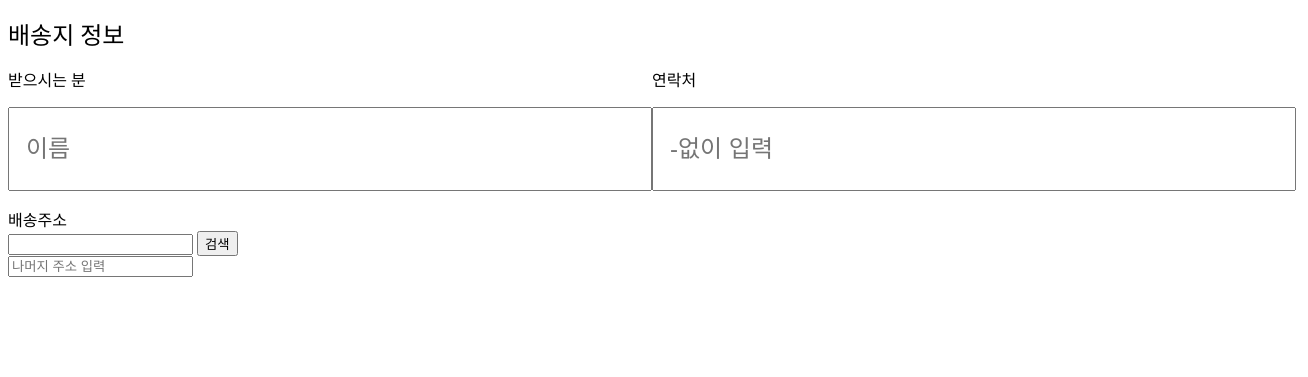
Repository: seungsu12/carrot
Page: http://localhost/carrot/order_form_second.jsp
These files come from the project's save history. The page is drawn as it stood at one moment and after the next save; the edit follows.
The browser window is 1280 px wide. The page is 1296 px wide, then 1308 px, so the pictures cover 1308 px, including what lies to the right of the window. The pictures show the whole page.
The page is served by Tomcat 9. Other server files are loaded and not shown.

Above is the page before, as saved 2021-10-02 03:25:02.

### carrot/WebContent/order_form_second.jsp
<%@ page language="java" contentType="text/html; charset=UTF-8"
    pageEncoding="UTF-8"%>
<!DOCTYPE html>
<html>
<head>
<meta charset="UTF-8">
</head>
<style>
	.deliver_title{
		margin: 1rem 0 1rem 0;
    	font-size: 1.5rem;
	}
	.deliver_content_first{
		display :flex;
		justify-content : space-between;
	}
	.deliver_content_first input{
		width: 38rem;
		height: 3rem;
		font-size : 1.5rem;
		padding : 1rem;
		margin-top :1rem;
		margin-bottom : 1rem;
	}
</style>

<body>

	<div class="order_form_second_wrapper">
		<div class="deliver_title">
			배송지 정보
		</div>
		<div class="deliver_content_first">
			<div>
				<span>받으시는 분</span>
				<div>
					<input type="text" placeholder="이름">
				</div>
			</div>
			<div>
				<span>연락처</span>
				<div>
					<input type="text" placeholder="-없이 입력">
				</div>
			</div>

		</div>
		<div class="deliver_content_second">
			<span>배송주소</span>
			<div>
				<input type="text" id="order_address">
				<button onclick="sample4_execDaumPostcode()">검색</button>
			</div>
		</div>
		<div>
			<input type="text" id="detail_delivery" placeholder="나머지 주소 입력">
		</div>
	</div>


	<script>
	function sample4_execDaumPostcode() {
        new daum.Postcode({
            oncomplete: function(data) {
                // 팝업에서 검색결과 항목을 클릭했을때 실행할 코드를 작성하는 부분.

                // 도로명 주소의 노출 규칙에 따라 주소를 표시한다.
                // 내려오는 변수가 값이 없는 경우엔 공백('')값을 가지므로, 이를 참고하여 분기 한다.
                var roadAddr = data.roadAddress; // 도로명 주소 변수

                // 법정동명이 있을 경우 추가한다. (법정리는 제외)
                // 법정동의 경우 마지막 문자가 "동/로/가"로 끝난다.
                if(data.bname !== '' && /[동|로|가]$/g.test(data.bname)){
                    extraRoadAddr += data.bname;
                }
                // 건물명이 있고, 공동주택일 경우 추가한다.
                if(data.buildingName !== '' && data.apartment === 'Y'){
                   extraRoadAddr += (extraRoadAddr !== '' ? ', ' + data.buildingName : data.buildingName);
                }
                // 표시할 참고항목이 있을 경우, 괄호까지 추가한 최종 문자열을 만든다.
                if(extraRoadAddr !== ''){
                    extraRoadAddr = ' (' + extraRoadAddr + ')';
                }

                // 우편번호와 주소 정보를 해당 필드에 넣는다.

                document.getElementById("order_address").value = roadAddr;

            }
        }).open();
    }
	</script>
</body>
</html>

After the next save:
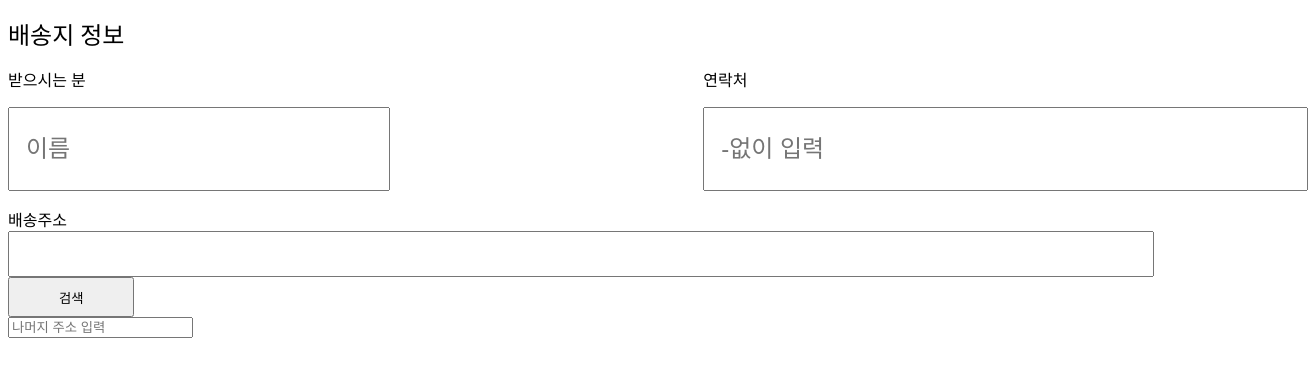
Saved 8 min 26 s later.
--- a/carrot/WebContent/order_form_second.jsp
+++ b/carrot/WebContent/order_form_second.jsp
@@ -15,13 +15,28 @@
 		justify-content : space-between;
 	}
 	.deliver_content_first input{
-		width: 38rem;
+		width: 100%;
 		height: 3rem;
 		font-size : 1.5rem;
 		padding : 1rem;
 		margin-top :1rem;
 		margin-bottom : 1rem;
 	}
+	.deliver_content_addr input{
+		height: 2.5rem;
+    	width: 90%;
+	}
+	.deliver_content_addr button{
+		height: 2.5rem;
+		width : 10%;
+	}
+	.deliver_content_firstblock{
+		width :45%;
+	}
+	.deliver_content_firstblcok div{
+		width :100%;
+	}
+
 </style>
 
 <body>
@@ -31,13 +46,13 @@
 			배송지 정보
 		</div>
 		<div class="deliver_content_first">
-			<div>
+			<div class="delvier_content_firstblcok">
 				<span>받으시는 분</span>
 				<div>
 					<input type="text" placeholder="이름">
 				</div>
 			</div>
-			<div>
+			<div class="deliver_content_firstblock">
 				<span>연락처</span>
 				<div>
 					<input type="text" placeholder="-없이 입력">
@@ -47,7 +62,7 @@
 		</div>
 		<div class="deliver_content_second">
 			<span>배송주소</span>
-			<div>
+			<div class="deliver_content_addr">
 				<input type="text" id="order_address">
 				<button onclick="sample4_execDaumPostcode()">검색</button>
 			</div>
